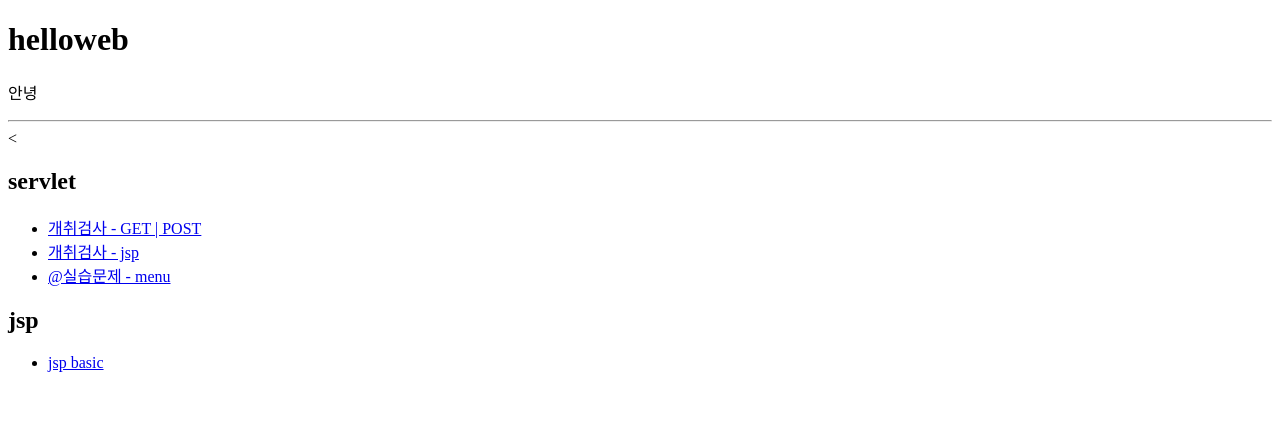
Repository: jsungl/WEBSERVER-WORKSPACE
Page: 01_helloweb/WebContent/index.html
These files come from the project's save history. The page is drawn as it stood at one moment and after the next save; the edit follows.
The browser window is 1280 px wide. The pictures show the whole page.

Above is the page before, as saved 2021-03-24 12:09:42.

After the next save:
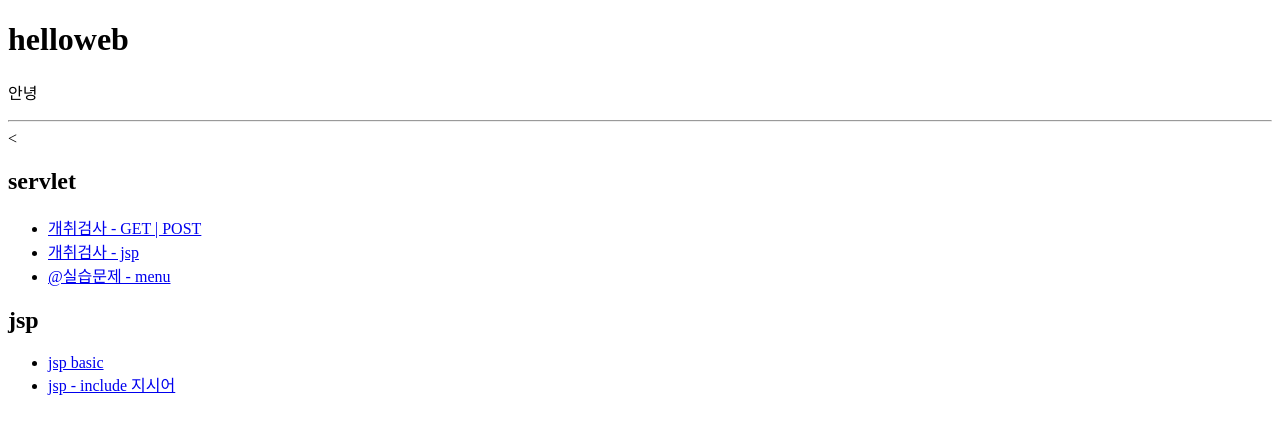
Saved 2 min 24 s later.
--- a/01_helloweb/WebContent/index.html
+++ b/01_helloweb/WebContent/index.html
@@ -21,6 +21,7 @@
 	<h2>jsp</h2>
 	<ul>
 		<li><a href="/web/jsp/basic.jsp">jsp basic</a></li>
+		<li><a href="/web/jsp/include.jsp">jsp - include 지시어</a></li>
 	</ul>
 </body>
 </html>
